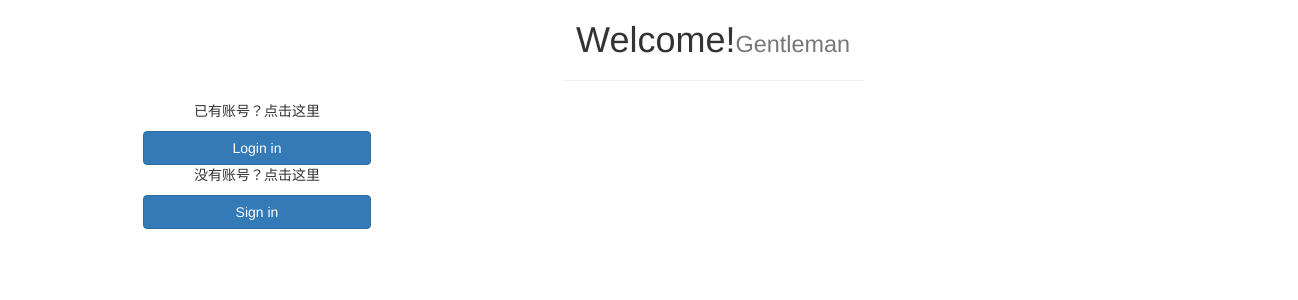
Repository: JasonBour/Beautypedia
Page: http://localhost/
The author's editor kept a copy of each file at every save. The page is drawn from the files as they stood at one save, then again after the next save.
The browser window is 1280 px wide. The page is 1298 px wide, so the pictures cover 1298 px, including what lies to the right of the window. The pictures show the whole page.
The page is run by PHP 8.4 with error messages shown; the project is at /var/www/html/.

Above is the page before, as saved 2015-09-13 12:31:06.

After the next save:
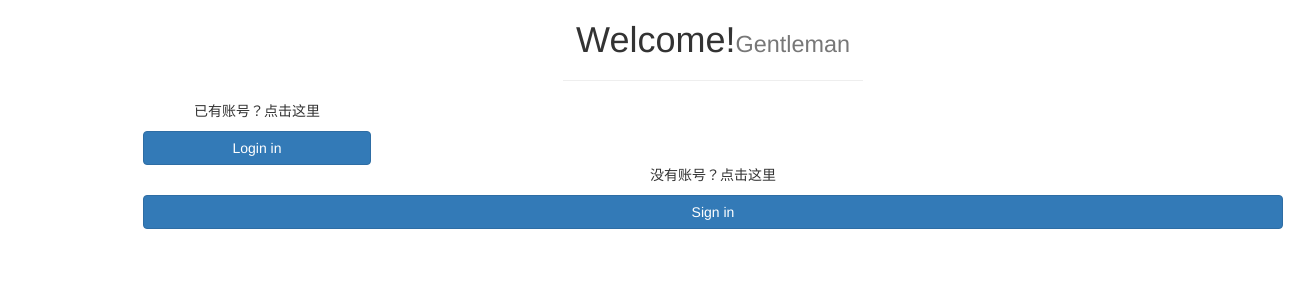
Saved 64 s later.
--- a/Beautypedia/css/index.css
+++ b/Beautypedia/css/index.css
@@ -10,7 +10,7 @@ div.login{
 
 }
 div.signin{
-
+	display:inline;
 	width:20%;
 
 }
